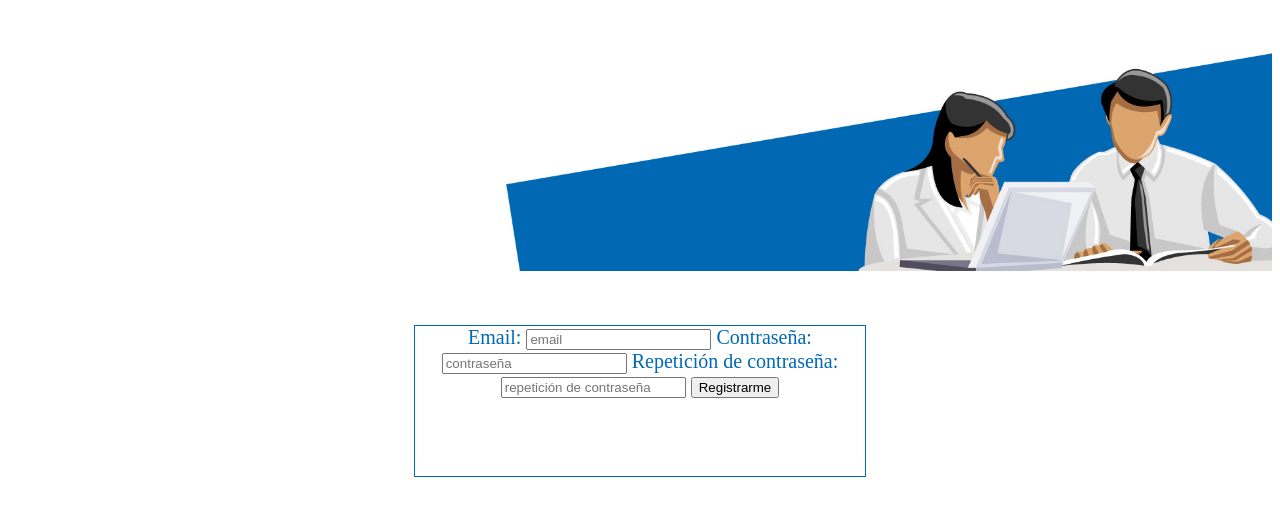
Repository: jluislechado/gestionUsuario
Page: http://localhost/php/registro.php
The author's editor kept a record of every edit. The page is drawn from the files as they stood at one moment, then again after the next edit.
The browser window is 1280 px wide. The pictures show the whole page.
The page is run by PHP 8.4 with error messages shown; the project is at /var/www/html/.

Above is the page before.

After the next edit:
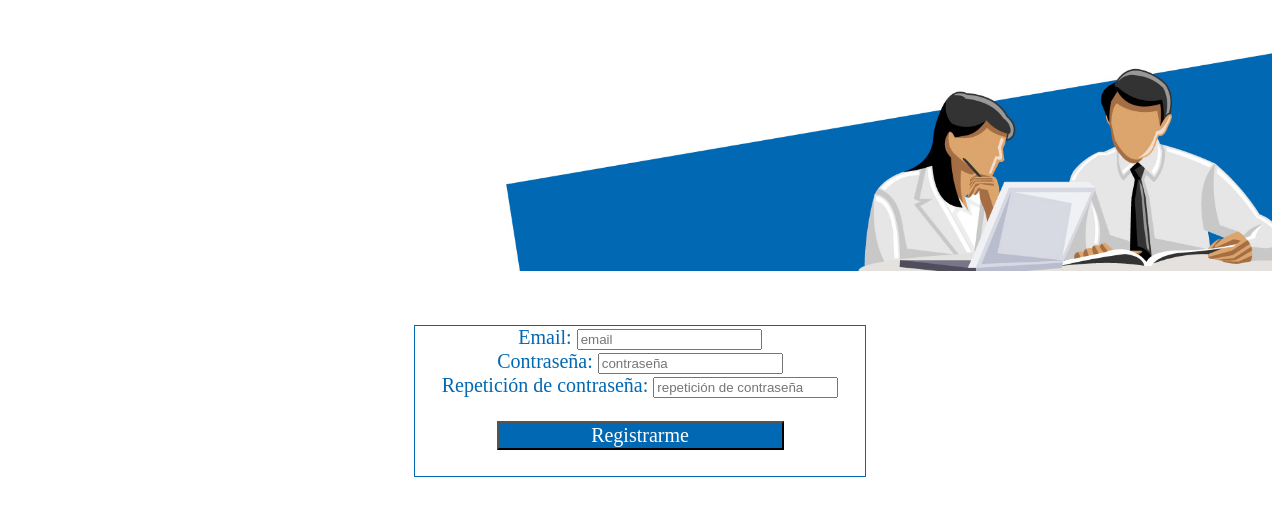
The edit:
--- a/workspace/php/registro.php
+++ b/workspace/php/registro.php
@@ -13,10 +13,10 @@
         <div class="blanco"></div>
         <div id="formularioIndex">
             <form action="../oauth/enviar.php" method="post">
-                <span>Email: </span><input type="email" name="email" placeholder="email"/>
-                <span>Contraseña: </span><input type="password" name="contrasena" placeholder="contraseña"/>
-                <span>Repetición de contraseña: </span><input type="password" name="repeticion" placeholder="repetición de contraseña"/>
-                <input type="submit" value="Registrarme"/>
+                <span>Email: </span><input type="email" name="email" placeholder="email"/></br>
+                <span>Contraseña: </span><input type="password" name="contrasena" placeholder="contraseña"/></br>
+                <span>Repetición de contraseña: </span><input type="password" name="repeticion" placeholder="repetición de contraseña"/></br></br>
+                <input type="submit" value="Registrarme" id="botonIndex"/>
             </form>
         </div>
     </body>
